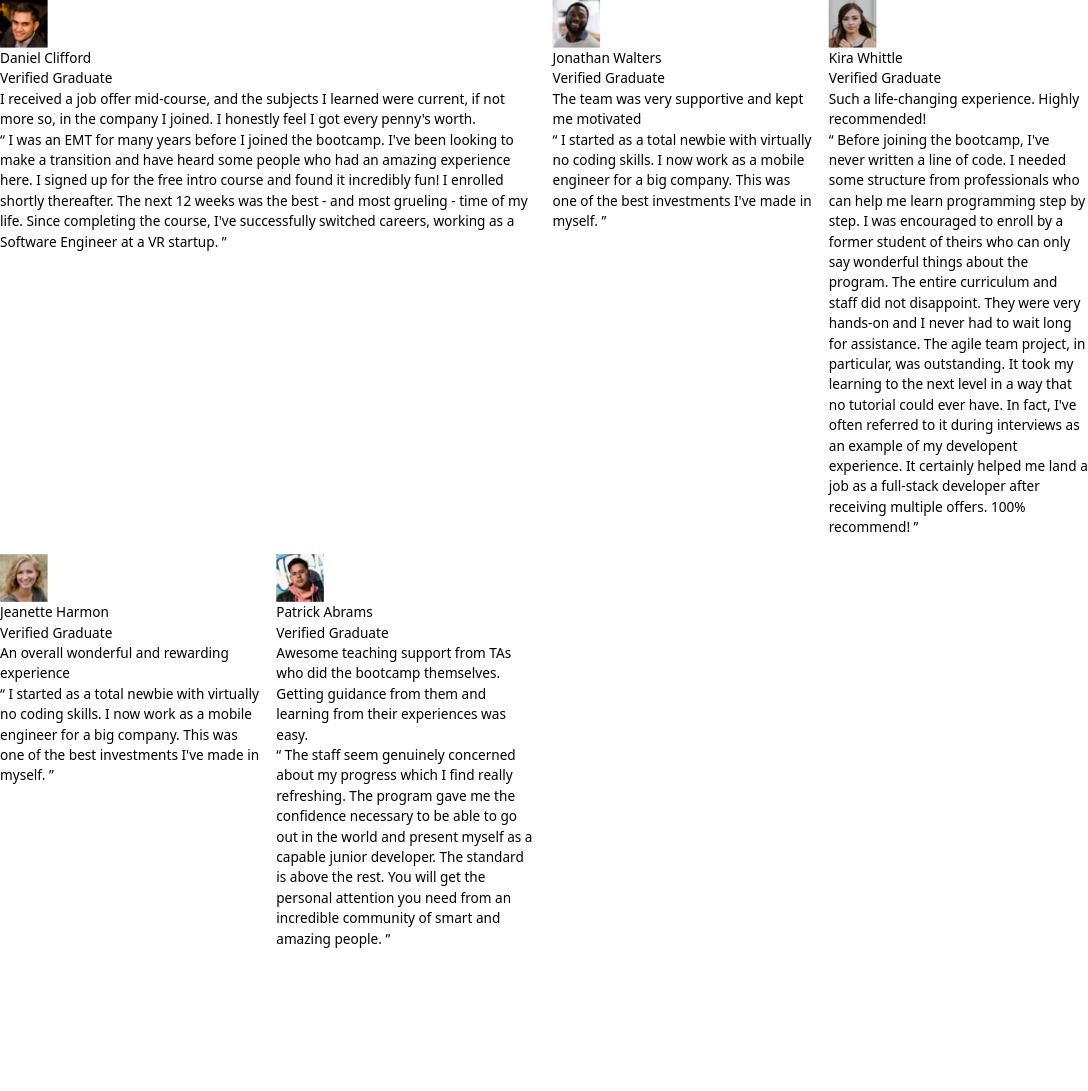
Repository: DiyBookOfLife/ps-FrontendMentor
Page: index.html
An editor plug-in stored every save of this project. The page is shown before and after a run of saves, followed by the edit.
The browser window is 1280 px wide. The pictures show the whole page, at 85% of full size.
Some web libraries are served in a nearby version.

Above is the page before, as saved 2026-01-02 13:17:39.

After the next 2 saves:
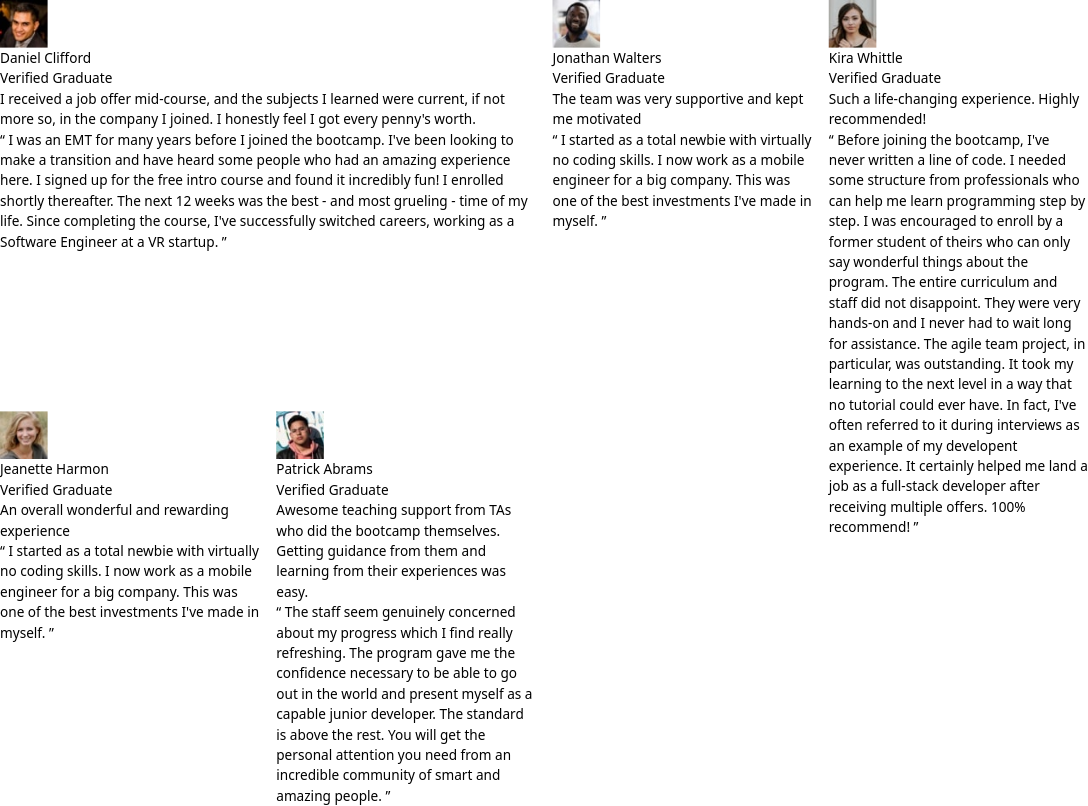
The 2 saves are shown as one change because they came seconds apart.
The last was saved 16 s later.
--- a/index.html
+++ b/index.html
@@ -109,7 +109,7 @@
 
 
 
-      <div class="col-start-4 col-end-5 row-start-1">
+      <div class="col-start-4 col-end-5 row-start-1 row-end-3">
         <div class="profile">
           <img src="./images/image-kira.jpg" alt="picture of kira">
           <div>
